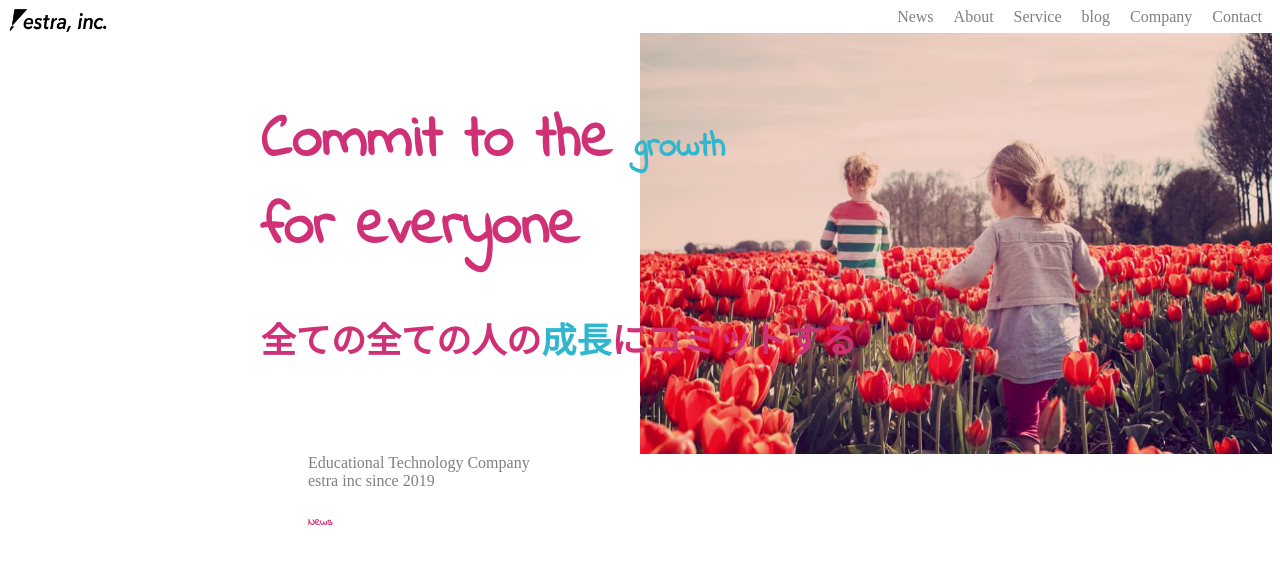
Repository: sigemasaasuka/20210902
Page: index.html
These files come from the project's save history. The page is drawn as it stood at one moment and after the next save; the edit follows.
The browser window is 1280 px wide. The pictures show the whole page.

Above is the page before, as saved 2021-09-08 17:27:08.

After the next save:
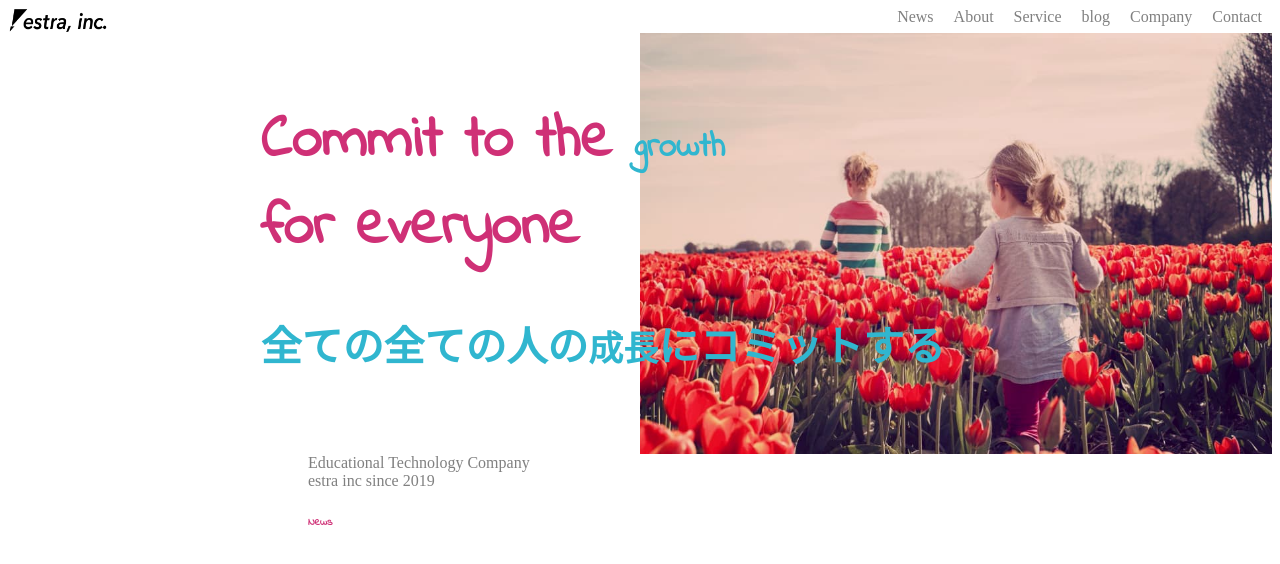
Saved 12 s later.
--- a/css/style.css
+++ b/css/style.css
@@ -44,7 +44,11 @@
 }
 
 .example-txt {
-
+  top: 5%;
+  left: 10%;
+  font-size: 35px;
+  color: #30b6cf;
+  font-family: "Indie Flower", cursive;
 }
 
 .subtitle {
